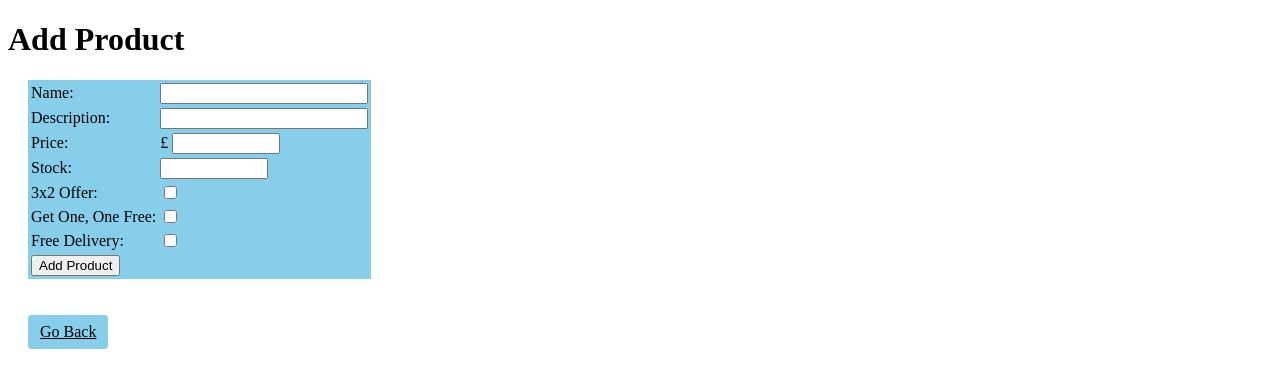
Repository: ieuqirne/Software_Architecture
Page: http://localhost/DE_Store/AddProduct.jsp
An editor plug-in stored every save of this project. The page is shown before and after the next save, followed by the edit.
The browser window is 1280 px wide. The pictures show the whole page.
The page is served by Tomcat 9. Other server files are loaded and not shown.

Above is the page before, as saved 2019-11-26 00:38:43.

### DE_Store/WebContent/AddProduct.jsp

<!DOCTYPE html>
<html>
<head>
<link href="StyleSheet.css" rel="stylesheet">
<meta charset="ISO-8859-1">
<title>Add Customer</title>
</head>
<body>
	<h1>Add Product</h1>
	<form action=ManagerAddProduct.jsp method="post">
		<table class="table">
			<tr>
				<td>Name: </td>
				<td><input type="text" name="name" style="width: 200px"></td>
			</tr>
			<tr>
				<td>Description: </td>
				<td><input type="text" name="description" style="width: 200px"></td>
			</tr>
			<tr>
				<td>Price: </td>
				<td>£ <input type="text" name="price" style="width: 100px"></td>
			</tr>
			<tr>
				<td>Stock: </td>
				<td><input type="text" name="stock" style="width: 100px"></td>
			</tr>
			<tr>
				<td>3x2 Offer: </td>
				<td><input type="checkbox" name="threetwo" value=1></td>
			</tr>
			<tr>
				<td>Get One, One Free:</td>
				<td><input type="checkbox" name="oneone" value=1></td>
			</tr>
			<tr>
				<td>Free Delivery:</td>
				<td><input type="checkbox" name="freeDelivery" value=1></td>

			<tr>
				<td><input type="submit" value="Add Product"></td>
			</tr>
		</table>
	</form>
	<div style="margin-left:20px;" class="buttons-container" >
		<br> <br>
		<a class="button" href="/DE_Store/welcome.jsp">Go Back</a>
	</div>
	<!--  Complete Interface addCustomer. -->
</body>
</html>

### DE_Store/WebContent/StyleSheet.css
.button {
  display: inline-block;
    padding: 8px 12px;
    cursor: pointer;
    border-radius: 4px;
    background-color: skyblue;
    font-size: 16px;
    color: black;
}

.table{
	background-color: skyblue;
	margin-left: 20px;
	margin-left: 20px;
	border: 1px;
}

After the next save:
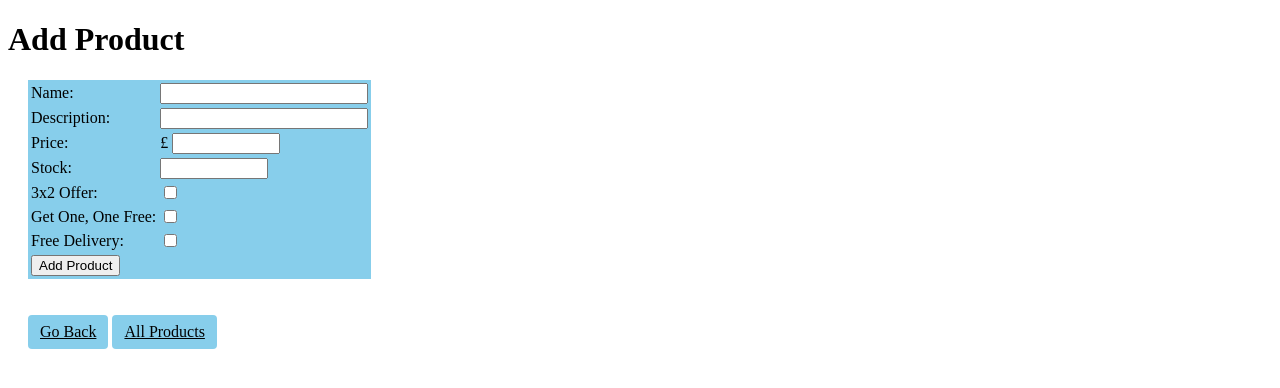
Saved 2 min 46 s later.
--- a/DE_Store/WebContent/AddProduct.jsp
+++ b/DE_Store/WebContent/AddProduct.jsp
@@ -46,6 +46,7 @@
 	<div style="margin-left:20px;" class="buttons-container" >
 		<br> <br>
 		<a class="button" href="/DE_Store/welcome.jsp">Go Back</a>
+		<a class="button" href="AllProduct" >All Products</a>
 	</div>
 	<!--  Complete Interface addCustomer. -->
 </body>
